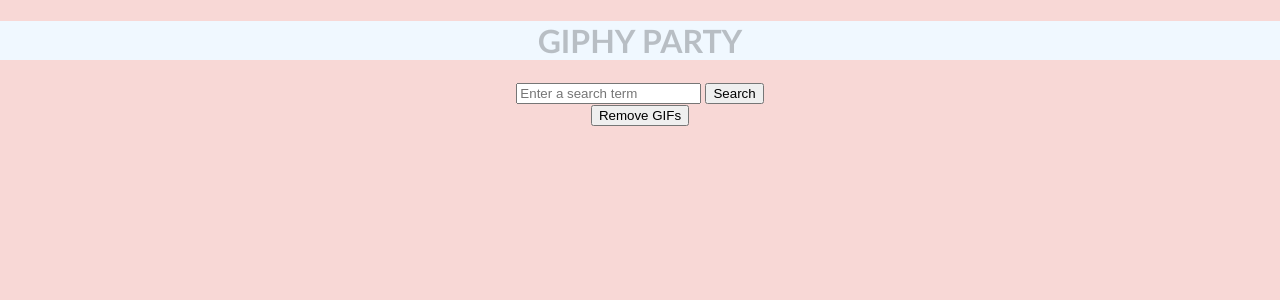
Repository: rmdayberry/AJAX-Giphy-Party
Page: index.html
The author's editor kept a copy of each file at every save. The page is drawn from the files as they stood at one save, then again after the next save.
The browser window is 1280 px wide. The pictures show the whole page.
Some web libraries are served in a nearby version.

Above is the page before, as saved 2024-08-06 13:01:58.

After the next save:
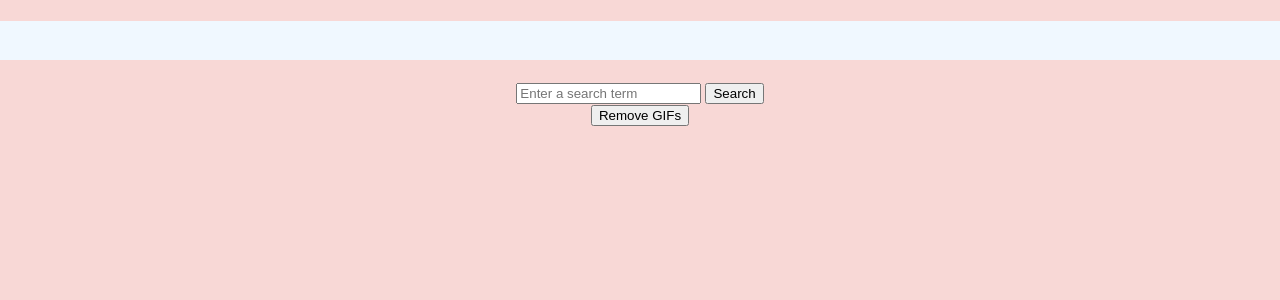
Saved 8 s later.
--- a/style.css
+++ b/style.css
@@ -9,5 +9,5 @@
 
 h1 {
   background-color: aliceblue;
-  color: rgba(0, 0, 0, 0.233);
+  color: rgba(0, 0, 0, 0);
 }
